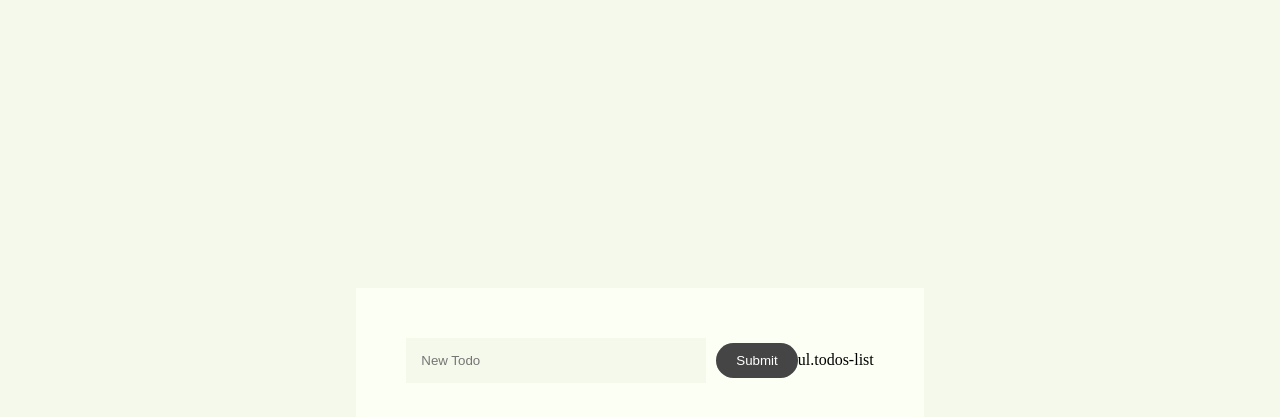
Repository: Subhadeep2609/Todo_React
Page: /
The author's editor kept a copy of each file at every save. The page is drawn from the files as they stood at one save, then again after the next save.
The browser window is 1280 px wide. The pictures show the whole page.
The project was rebuilt for these pictures with package versions that can differ from the ones it lists, and the page was loaded fresh each time. Also part of the build but not shown: vite.config.js.

Above is the page before, as saved 2025-09-04 13:32:45.

### src/index.css
* {
  padding: 0;
  margin: 0;
  box-sizing: border-box;
}

body {
  background: #f5f9eb;
  height: 100vh;
  display: flex;
  justify-content: center;
  align-items: center;
}

.container {
  background: #fcfff3;
  padding: 50px;
}

input {
  padding: 15px;
  border: none;
  outline: none;
  background: #f5f9eb;
  width: 300px;
  margin-right: 10px;
}

button {
  border-radius: 100px;
  background: #454545;
  padding: 5px;
  outline: none;
  border: none;
  color: #fff;
  padding: 10px 20px;
  cursor: pointer;
}

.todos-list {
  margin-top: 3rem;
}

.todo {
  list-style: none;
  display: flex;
  justify-content: space-between;
  align-items: center;
  background: #f5f9eb;
  padding: 7px 20px;
  margin: 10px;
  font-family: sans-serif;
}

.close {
  padding: 5px 10px;
  cursor: pointer;
}

### src/App.jsx
import Todo from "./components/Todo"


function App() {


  return (
    <div>
      <Todo/>
    </div>
  )
}

export default App

### src/components/Todo.jsx
import { useState } from "react";
import "../index.css"
const Todo = () => {
    const [todos,setTodos] = useState([]);
    const [input,setInput] = useState("");
    const handleSubmit = ()=>{
        setTodos((todos)=>{
            todos.concat({
                text:input,
                id:Math.floor(Math.random()*10)
            })
        })
        setInput("");
    }

  return (
    <div className="container">
        <input type="text" placeholder="New Todo" value={input} onChange={(e)=>setInput(e.target.value)}/>

        <button onClick={handleSubmit}>Submit</button>

        ul.todos-list
    </div>
  )
}

export default Todo

Loaded but not shown: index.html (common file); src/main.jsx (common file)

After the next save:
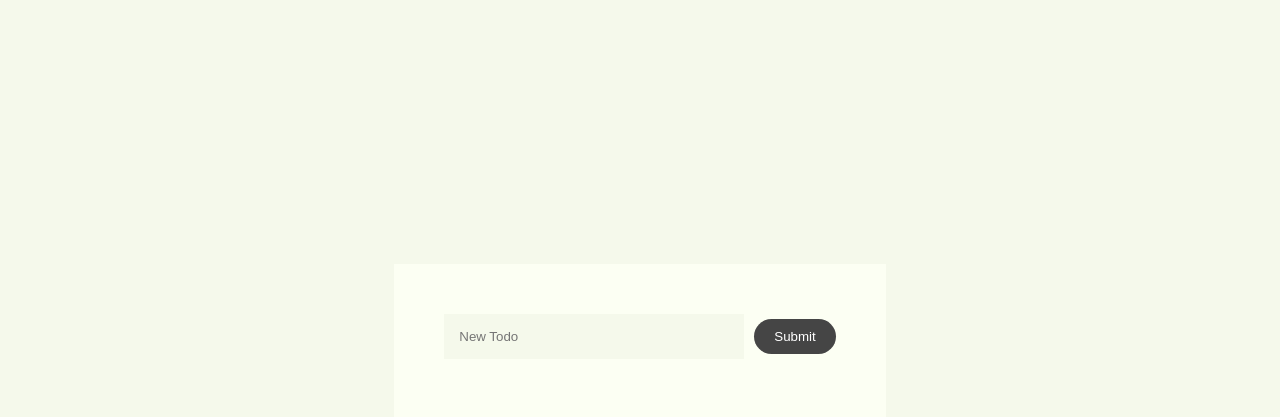
Saved 4 s later.
--- a/src/components/Todo.jsx
+++ b/src/components/Todo.jsx
@@ -19,7 +19,7 @@ const Todo = () => {
 
         <button onClick={handleSubmit}>Submit</button>
 
-        ul.todos-list
+        <ul class="todos-list"></ul>
     </div>
   )
 }
